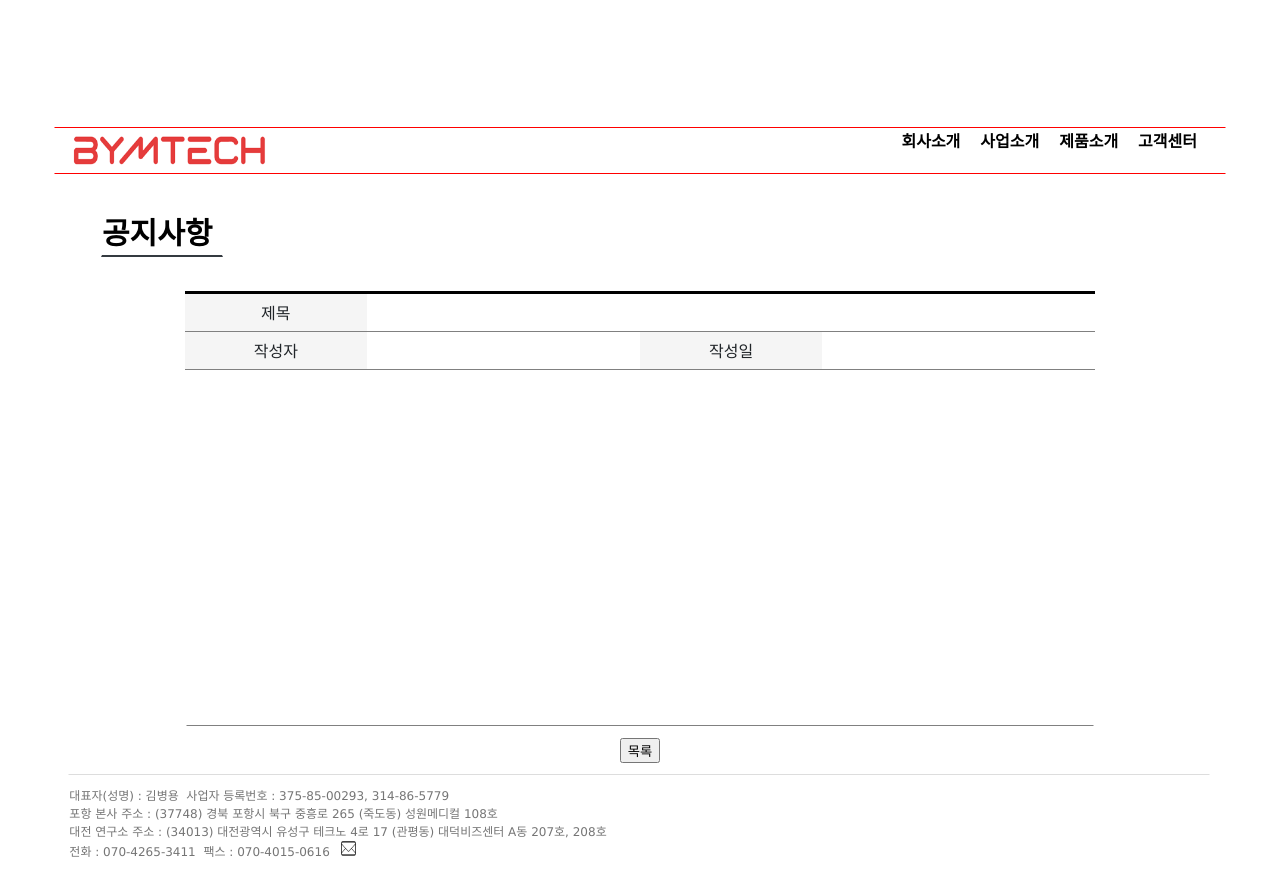
Repository: im4023/Homepage
Page: http://localhost/board/WEB-INF/views/announce/view.jsp
These files come from the project's save history. The page is drawn as it stood at one moment and after the next save; the edit follows.
The browser window is 1280 px wide. The pictures show the whole page.
The page is served by Tomcat 9. Nobody is signed in. Other server files are loaded and not shown. The template is opened directly, without the code that normally fills it, so the values that code supplies are empty.

Above is the page before, as saved 2020-05-28 02:19:04.

### BYMTECH/Homepage_ver1.02/workspace/board/src/main/webapp/resources/css/style.css
:root {
  --blue: #007bff;
  --indigo: #6610f2;
  --purple: #6f42c1;
  --pink: #e83e8c;
  --red: #dc3545;
  --orange: #fd7e14;
  --yellow: #ffc107;
  --green: #28a745;
  --teal: #1abc9c;
  --cyan: #17a2b8;
  --white: #fff;
  --gray: #6c757d;
  --gray-dark: #343a40;
  --primary: #1abc9c;
  --secondary: #2c3e50;
  --success: #28a745;
  --info: #17a2b8;
  --warning: #ffc107;
  --danger: #dc3545;
  --light: #f8f9fa;
  --dark: #343a40;
  --breakpoint-xs: 0;
  --breakpoint-sm: 576px;
  --breakpoint-md: 768px;
  --breakpoint-lg: 992px;
  --breakpoint-xl: 1200px;
}


div {
	border : 1px solid white;
}




html {
  font-family: sans-serif;
  -webkit-text-size-adjust: 100%;
  -webkit-tap-highlight-color: rgba(0, 0, 0, 0);
}


article, aside, figcaption, figure, footer, header, hgroup, main, nav, section {
  display: block;
}

body {
  margin: 0;
  font-family: "Lato", -apple-system, BlinkMacSystemFont, "Segoe UI", Roboto, "Helvetica Neue", Arial, "Noto Sans", sans-serif, "Apple Color Emoji", "Segoe UI Emoji", "Segoe UI Symbol", "Noto Color Emoji";
  font-size: 1rem;
  font-weight: 400;
  line-height: 1.5;
  color: #212529;
  text-align: left;
  background-color: #fff;
  min-height:100vh;
  overflow-y:scroll; /* 스크롤 떨림 방지*/
}

a {
    text-decoration: none;
}

table{
	width:80%;
	height:auto%;
	margin:auto;
	text-align:center;
	border-collapse: collapse;
}

.txtBase {
    font-family: Verdana,'돋움',Dotum,Arial,Helvetica,sans-serif;
    font-size: 12px;
    color: #757575;
    font-weight: normal;
    font-style: normal;
    text-decoration: none;
}

textarea{
	resize: none;
}

.flex-column {
  flex-direction: column !important;
} /* 나열 방향 */

.align-items-center {
    align-items: center!important;
} /* 센터 정렬 */



.ml-auto,
.mx-auto {
  margin-left: auto !important;
}

.mr-0,
.mx-0 {
  margin-right: 0 !important;
}

.mr-lg-1,
  .mx-lg-1 {
    margin-right: 0.25rem !important;
}

.d-flex {
  display: flex !important;
}

.fixed-top {
  position: fixed;
  top: 0;
  right: 0;
  left: 0;
  z-index: 1030;
}

.text-center {
  text-align: center !important;
}

.border-top-red {
	border-top: 1px solid red;
}

.border-bottom-red {
	border-bottom: 1px solid red;
}

@media (prefers-reduced-motion: reduce) {
  .fade {
    transition: none;
  }
}

.fade:not(.show) {
  opacity: 0;
}

.collapse:not(.show) {
  display: none;
}

.container {
  width: 99.9%;
  padding-right: 15px;
  padding-left: 15px;
  margin-right: auto;
  margin-left: auto;


}

@media (min-width: 576px) {
  .container {
    max-width: 500px;
  }
}

@media (min-width: 768px) {
  .container {
    max-width: 720px;
  }
}

@media (min-width: 992px) {
  .container {
    max-width: 960px;
  }
}

@media (min-width: 1200px) {
  .container {
    max-width: 1140px;
  }
}

.navbar {
  position: relative;
  display: flex;
  flex-wrap: wrap;
  align-items:flex-end;
  justify-content: space-between;
  padding: 0.5rem 1rem;
  height: 150px;
}

.navbar > .container,
.navbar > .container-fluid {
  display: flex;
  flex-wrap: wrap;
  align-items: flex-start;
  justify-content: space-between;
  height : 45px
}

.navbar-brand {
  display: inline-block;
  padding-top: 0.3125rem;
  padding-bottom: 1px;
  margin-right: 1rem;
  line-height: inherit;
  white-space: nowrap;
}

.navbar-brand:hover, .navbar-brand:focus {
  text-decoration: none;
}

.navbar-nav {
	display: flex;
	flex-direction: column;
	padding-left: 0;
  	margin-bottom: 0;
	list-style: none;
}

.navbar-nav li ul{
	display:none;

}

.navbar-nav li:hover ul {
	display:block;
}
.navbar-nav li:hover ul li{
	display: inline-block;
	font-size: 12px;
	font-weight: bold;
	margin-left: 1px;
	margin-right: 5px;


}

.submenu{

	position: absolute;
	height: 20px;
	overflow: hidden;
	transition: height .2s;

}



.navbar-collapse {
  flex-basis: 100%;
  flex-grow: 1;
  align-items: center;
  hight : 100%
}

.navbar-toggler {

    width:43px;
    height: 43px;
    margin-top:1px;
    text-align: center;
    justify-content: flex-start;
    background-color: white;
  	border: 0.125rem solid white;
  	outline:0;
  	cursor: pointer;

}



#menubutton>span{
	display: block;
	width: 40px;
	height: 7px;
	background: black;
	margin-top:-8px;
	margin-bottom:13px;
	margin-left:-13px;
	border-radius: 10px;
	transition: all 0.5s;
	}




@media (max-width: 575.98px) {
  .navbar-expand-sm > .container,
  .navbar-expand-sm > .container-fluid {
    padding-right: 0;
    padding-left: 0;
  }
}

@media (min-width: 576px) {
  .navbar-expand-sm {
    flex-flow: row nowrap;
    justify-content: flex-start;
  }
  .navbar-expand-sm .navbar-nav {
    flex-direction: row;
  }
  .navbar-expand-sm .navbar-nav .dropdown-menu {
    position: absolute;
  }
  .navbar-expand-sm .navbar-nav .nav-link {
    padding-right: 0.5rem;
    padding-left: 0.5rem;
  }
  .navbar-expand-sm > .container,
  .navbar-expand-sm > .container-fluid {
    flex-wrap: nowrap;
  }
  .navbar-expand-sm .navbar-collapse {
    display: flex !important;
    flex-basis: auto;
  }
  .navbar-expand-sm .navbar-toggler {
    display: none;
  }
}

@media (max-width: 767.98px) {
  .navbar-expand-md > .container,
  .navbar-expand-md > .container-fluid {
    padding-right: 0;
    padding-left: 0;
  }
}

@media (min-width: 768px) {
  .navbar-expand-md {
    flex-flow: row nowrap;
    justify-content: flex-start;
  }
  .navbar-expand-md .navbar-nav {
    flex-direction: row;
  }
  .navbar-expand-md .navbar-nav .dropdown-menu {
    position: absolute;
  }
  .navbar-expand-md .navbar-nav .nav-link {
    padding-right: 0.5rem;
    padding-left: 0.5rem;
  }
  .navbar-expand-md > .container,
  .navbar-expand-md > .container-fluid {
    flex-wrap: nowrap;
  }
  .navbar-expand-md .navbar-collapse {
    display: flex !important;
    flex-basis: auto;
  }
  .navbar-expand-md .navbar-toggler {
    display: none;
  }
}


@media (max-width: 991.98px) {
  .navbar-expand-lg > .container,
  .navbar-expand-lg > .container-fluid {
    padding-right: 0;
    padding-left: 0;
  }
}

@media (min-width: 992px) {
  .navbar-expand-lg {
    flex-flow: row nowrap;
    justify-content: flex-start;
  }
  .navbar-expand-lg .navbar-nav {
    flex-direction: row;
  }
  .navbar-expand-lg .navbar-nav .dropdown-menu {
    position: absolute;
  }
  .navbar-expand-lg .navbar-nav .nav-link {
    padding-right: 0.5rem;
    padding-left: 0.5rem;

  }
  .navbar-expand-lg > .container,
  .navbar-expand-lg > .container-fluid {
    flex-wrap: nowrap;
  }
  .navbar-expand-lg .navbar-collapse {
    display: flex !important;
    flex-basis: auto;

  }
  .navbar-expand-lg .navbar-toggler {
    display: none;
  }

}

@media (max-width: 1199.98px) {
  .navbar-expand-xl > .container,
  .navbar-expand-xl > .container-fluid {
    padding-right: 0;
    padding-left: 0;
  }
}

@media (min-width: 1200px) {
  .navbar-expand-xl {
    flex-flow: row nowrap;
    justify-content: flex-start;
  }
  .navbar-expand-xl .navbar-nav {
    flex-direction: row;
  }
  .navbar-expand-xl .navbar-nav .dropdown-menu {
    position: absolute;
  }
  .navbar-expand-xl .navbar-nav .nav-link {
    padding-right: 0.5rem;
    padding-left: 0.5rem;
  }
  .navbar-expand-xl > .container,
  .navbar-expand-xl > .container-fluid {
    flex-wrap: nowrap;
  }
  .navbar-expand-xl .navbar-collapse {
    display: flex !important;
    flex-basis: auto;
  }
  .navbar-expand-xl .navbar-toggler {
    display: none;
  }
}

.navbar-expand {
  flex-flow: row nowrap;
  justify-content: flex-start;
}

.navbar-expand > .container,
.navbar-expand > .container-fluid {
  padding-right: 0;
  padding-left: 0;
}

.navbar-expand .navbar-nav {
  flex-direction: row;
}


.navbar-expand .navbar-nav .nav-link {
  padding-right: 0.5rem;
  padding-left: 0.5rem;
}

.navbar-expand > .container,
.navbar-expand > .container-fluid {
  flex-wrap: nowrap;
}

.navbar-expand .navbar-collapse {
  display: flex !important;
  flex-basis: auto;
}



#sidebar {
  position: fixed;
  transition: .4s;
  right: -172px;
  width:160px;
  hight: 99%;

  border : 1px solid black;
  background-color : white;

  transition: All 0.2s ease;
  -webkit-transition: All 0.2s ease;
  -moz-transition: All 0.2s ease;
  -o-transition: All 0.2s ease;

}


#sidebar.open{
	right: 0;
}

#sidebar li{
	list-style: none;


}

.sidebar_s{
	margin-left: -35px;
	color:  #E53C3C;
}

.sidebar_m{
	margin:auto;
	font-size:20px;
	color: black;

}

.close_button{
	float:right;
	padding:0;
	width:20px;
	height:20px;
	cursor:pointer;
	background-color: white;
  	border: 0.1rem solid white;
  	outline:0;

}

.close_img{

max-width: 100%; height: 16px;

}



#mainNav {
  padding-top: 1.5rem;
  padding-bottom: 1px;
  font-family: "Montserrat", -apple-system, BlinkMacSystemFont, "Segoe UI", Roboto, "Helvetica Neue", Arial, "Noto Sans", sans-serif, "Apple Color Emoji", "Segoe UI Emoji", "Segoe UI Symbol", "Noto Color Emoji";
  font-weight: 700;

}

#mainNav .navbar-nav {
  margin-top: 1rem;
}

#mainNav .navbar-nav li.nav-item a.nav-link {
  color: black;
}

#mainNav .navbar-nav li.nav-item a.nav-link:hover {
  color: #E53C3C;
}

#mainNav .navbar-nav li.nav-item a.nav-link:active, #mainNav .navbar-nav li.nav-item a.nav-link:focus {
  color: #E53C3C;
}

#mainNav .navbar-nav li.nav-item a.nav-link.active {
  color: #E53C3C;
}

#mainNav .navbar-toggler {
  font-size: 80%;
  padding: 0.8rem;
}

@media (min-width: 992px) {
  #mainNav {
    padding-top: 1.5rem;
    padding-bottom: 1px;
    transition: padding-top 0.3s, padding-bottom 0.3s;
  }
  #mainNav .navbar-brand {
    font-size: 1.75em;
    transition: font-size 0.3s;
  }
  #mainNav .navbar-nav {
    margin-top: 0;
  }
  #mainNav .navbar-nav > li.nav-item > a.nav-link.active {
    color: black;

  }
  #mainNav .navbar-nav > li.nav-item > a.nav-link.active:active, #mainNav .navbar-nav > li.nav-item > a.nav-link.active:focus, #mainNav .navbar-nav > li.nav-item > a.nav-link.active:hover {
    color: black;

  }
  #mainNav.navbar-shrink {
    padding-top: 0.5rem;
    padding-bottom: 0.5rem;
  }
  #mainNav.navbar-shrink .navbar-brand {
    font-size: 1.5em;
  }
}

.logo_img{
	width : 200px;
	height : 45px;
}

.footer {

  padding-top: 0.5rem;
  padding-bottom: 0px;
  width: 99.9%;

}

.address{
	border-top: 1px solid #dddddd;
  	display: block;
	height:auto;
	width: auto;

	margin: 0px auto;
}

.footer > .address > .span{
	white-space : nowrap;
	overflow : hidden;
}



@media (min-width: 576px) {
  .address {
    max-width: 500px;

  }
}

@media (min-width: 768px) {
  .address {
    max-width: 760px;
  }
}

@media (min-width: 992px) {
  .address {
    max-width: 960px;
  }
}

@media (min-width: 1200px) {
  .address {
    max-width: 1140px;
  }
}

.no-gutter > [class*='col-'] {
  padding-right: 0;
  padding-left: 0;
}

.mb-auto, .my-auto {
    margin-bottom: auto!important;
}

.ml-auto, .mx-auto {
    margin-left: auto!important;
}


/* @@@@@@@@@@@@@ */
/* index.style */
/* ############# */

#indexmain{
	margin-bottom: 3px;
	padding:0px;
}


@media (min-width: 576px) {
  .index_main {
    max-width: 500px;

  }
}

@media (min-width: 768px) {
  .index_main {
    max-width: 760px;
  }
}

@media (min-width: 992px) {
  .index_main {
    max-width: 960px;
  }
}

@media (min-width: 1200px) {
  .index_main {
    max-width: 1140px;
  }
}


.index_main_img {
  display: block;
	height:auto;
	width: 100%;
	margin:auto;
	margin-top:0.5rem;
	margin-bottom:0.55rem;

	/*overflow: hidden;*/
}



.mail {
	height:15px;

}




/* @@@@@@@@@@@@@ */
/* company.style */
/* ############# */


.company_top{
	margin-top : 1rem;
}
.company_bottom {
    display: -ms-flexbox;
    display: flex;
    -ms-flex-wrap: wrap;
    flex-wrap: wrap;
    margin-right: 4px;
    margin-left: 4px;
    margin-top : 1.5rem;

}

.device-container {
    margin-top : 2rem;
    margin-right: auto;
    margin-left: 5px;
}

.img_company {
    width: 100%;
    height: auto;
}

.img_intro {
	width: auto;
	height:auto;
    max-height: 480px;
    margin-left: 5rem;

}

.company_intro{
	width:93px;
	margin-left: 30px;
	margin-top : 1rem;
	color: black;
	font-size: 30px;
	text-align: left;
	border-bottom: 2px solid #343a40;

}


/* @@@@@@@@@@@@@ */
/* history.style */
/* ############# */
.history_top{
	margin-top : 1rem;
}

.history_intro{
	width:120px;
	margin-left: 30px;
	margin-top : 1rem;
	color: black;
	font-size: 30px;
	text-align: left;
	border-bottom: 2px solid #343a40;
}

.history_bottom{
	margin-top : 2rem;
	text-align: center;
}

.history_bottom_img{

	max-height:800px;
	width: 80%;
	display: block;
	margin: 0px auto;
}


/* @@@@@@@@@@@@@ */
/* business.style */
/* ############# */

.business_top{
	margin-top : 1rem;
}

.business_bottom {
    display: -ms-flexbox;
   	display: flex;
   	-ms-flex-wrap: wrap;
    flex-wrap: wrap;
    margin-right: 4px;
    margin-left: 4px;
    margin-top : 2rem;
}

.business_inner{
	flex:1;
	margin-left:20px;
	margin-right:20px;
}

.business_img_box{
	text-align: center;
}


.img_business {
	display: inline-block;
	vertical-align: middle;
	min-width:250px;
    width: 100%;
    margin-top: 0px;
    margin-bottom:51px;
}


.business_text_box{
	text-align: left;
	hight:100px;
	margin-bottom:51px;
	background-color:#c0c0c0;
}

.business_text_box a{
	display:block;
	font-weight: bold;
	margin-left: 40px;
}

.business_number{
	font-size :40px;
	color: white;
}

.business_name{

	font-size: 30px;
}


.business_intro{
	width:120px;
	margin-left: 30px;
	margin-top : 1rem;
	color: black;
	font-size: 30px;
	text-align: left;
	border-bottom: 2px solid #343a40;

}


/* @@@@@@@@@@@@@ */
/* location.style */
/* ############# */

.location_top{
	margin-top : 1rem;
}

.location_intro{
	width:191px;
	margin-left: 30px;
	margin-top : 1rem;
	color: black;
	font-size: 30px;
	text-align: left;
	border-bottom: 2px solid #343a40;

}

.location_title{
	margin-right: 4px;
    margin-left: 4px;
    margin-top:2rem;
    padding-left:20px;
    font-size:20px;
}

.location_contents {
	display: -ms-flexbox;
   	display: flex;
   	-ms-flex-wrap: wrap;
    flex-wrap: wrap;

    margin-right: 4px;
    margin-left: 4px;


}

.location_inner{
	flex:1;
	margin-left:20px;
	margin-right:20px;
	text-align: center;

}

.inner_title{
	font-weight: bold;
	font-size:20px;
	background-color:#c0c0c0;
}

.bus_img{
	height:16px;
}

/* @@@@@@@@@@@@@ */
/* goods.style */
/* ############# */

.goods_top{
	margin-top : 1rem;
}
.goods_bottom {
    display: -ms-flexbox;
    display: flex;
    -ms-flex-wrap: wrap;
    flex-wrap: wrap;
    margin-right: 4px;
    margin-left: 4px;
    margin-top : 1.5rem;

}

.goods_intro{
	width:120px;
	margin-left: 30px;
	margin-top : 1rem;
	color: black;
	font-size: 30px;
	text-align: left;
	border-bottom: 2px solid #343a40;

}

.goods_bottom {
    margin-right: auto;
    margin-left: auto;
    margin-top : 2rem;
}

.goods_menu{
	background-color: #333;
	color:#fff;
	border:1px solid white;
}

.goods_title1{
	width:20%;
}

.goods_title2{
	width:20%;
	text-align: center;
	height: 110px;
}
.goods_table{

	width:79.8%
}

.goods_table td{

	border:1px solid black;
}


.goods_img{
	min-height: 80px;
	max-height:100px;
	max-width:100px;
}

/* @@@@@@@@@@@@@ */
/* announcement.style */
/* ############# */



.announcement_top{
	margin-top : 1rem;

}

.announcement_intro{
	width:120px;
	margin-left: 30px;
	margin-top : 1rem;
	color: black;
	font-size: 30px;
	text-align: left;
	border-bottom: 2px solid #343a40;

}

.announcement_bottom {
    margin-right: auto;
    margin-left: auto;
    margin-top : 2rem;
}

.announcement_search{
	margin-top : 12px;
	margin-bottom:0px;
}

.announcement_paging{
	margin-top : 10px;
	margin-bottom:10px;
}

.announcement_menu{
	background-color: #333;
	color:#fff;
}

.announcement_list{

	border :0px;
}

.announcement_article{
	border-bottom: 1px solid gray;
	padding:6.5px;
}

.announcement_title{
	width : 65%;

}

.announcement_view{
	border-top:3px solid black;
}

.announcement_title2{
	border-bottom: 1px solid gray;
	background-color: #F5F5F5;
	width : 20%;
	padding:6.5px;
}
.announcement_title3{
	width : 80%;
	border-bottom: 1px solid gray;
	padding:6.5px;
}
.announcement_title4{
	width : 30%;
	border-bottom: 1px solid gray;
	padding:6.5px;
}

.announcement_content{
	min-height:333px;
	text-align: left;
	padding:10px;
	border-bottom: 1px solid gray;
}


.admin_menu{
	text-align: right;
}


.announcement_intro2{
	width:220px;
	margin-left: 30px;
	margin-top : 1rem;
	color: black;
	font-size: 30px;
	text-align: left;
	border-bottom: 2px solid #343a40;
}

.announcement_intro3{
	width:190px;
	margin-left: 30px;
	margin-top : 1rem;
	color: black;
	font-size: 30px;
	text-align: left;
	border-bottom: 2px solid #343a40;
}

.announce_content{
	min-height:284px;
	text-align: left;
}

/* @@@@@@@@@@@@@ */
/* board.style */
/* ############# */

.board_top{
	margin-top : 1rem;

}

.board_intro{
	width:120px;
	margin-left: 30px;
	margin-top : 1rem;
	color: black;
	font-size: 30px;
	text-align: left;
	border-bottom: 2px solid #343a40;

}
.board_middle {
    margin-right: auto;
    margin-left: auto;
    margin-top : 2rem;
    background-color:#c0c0c0;
    width: 80%;
}

.board_bottom {
    margin-right: auto;
    margin-left: auto;
    margin-top : 0px;
}

.board_content{
	min-height:284px;
	text-align: left;

}

.inputbox{
	width:99%;
	}

.board_tb_top{
	border-top:3px solid black;
	margin:auto;
	margin-bottom:0px;
	padding-bottom:0px;
	width:80%;

}
.board_tr{

	display: flex;
    flex-wrap: wrap;
    width:80%;
    margin-right: auto;
    margin-left: auto;
}


.board_td{
	flex:1;
	background-color: #F5F5F5;
	overflow: hidden;
	min-width: 60px;
}

.board_td2{
	flex:1.5;
}

.board_td3{
	flex:6.5;
}

.board_td4{
	flex:4;
}

/* @@@@@@@@@@@@@ */
/* button.style */
/* ############# */

.btn{
	margin-top : 10px;
}

Loaded but not shown: BYMTECH/Homepage_ver1.02/workspace/board/src/main/webapp/WEB-INF/views/include/nav.jsp (48 lines, source omitted); BYMTECH/Homepage_ver1.02/workspace/board/src/main/webapp/WEB-INF/views/include/sidenav.jsp (41 lines, source omitted); BYMTECH/Homepage_ver1.02/workspace/board/src/main/webapp/WEB-INF/views/include/footer.jsp (18 lines, source omitted); BYMTECH/Homepage_ver1.02/workspace/board/src/main/webapp/WEB-INF/views/announce/view.jsp (108 lines, source omitted)

After the next save:
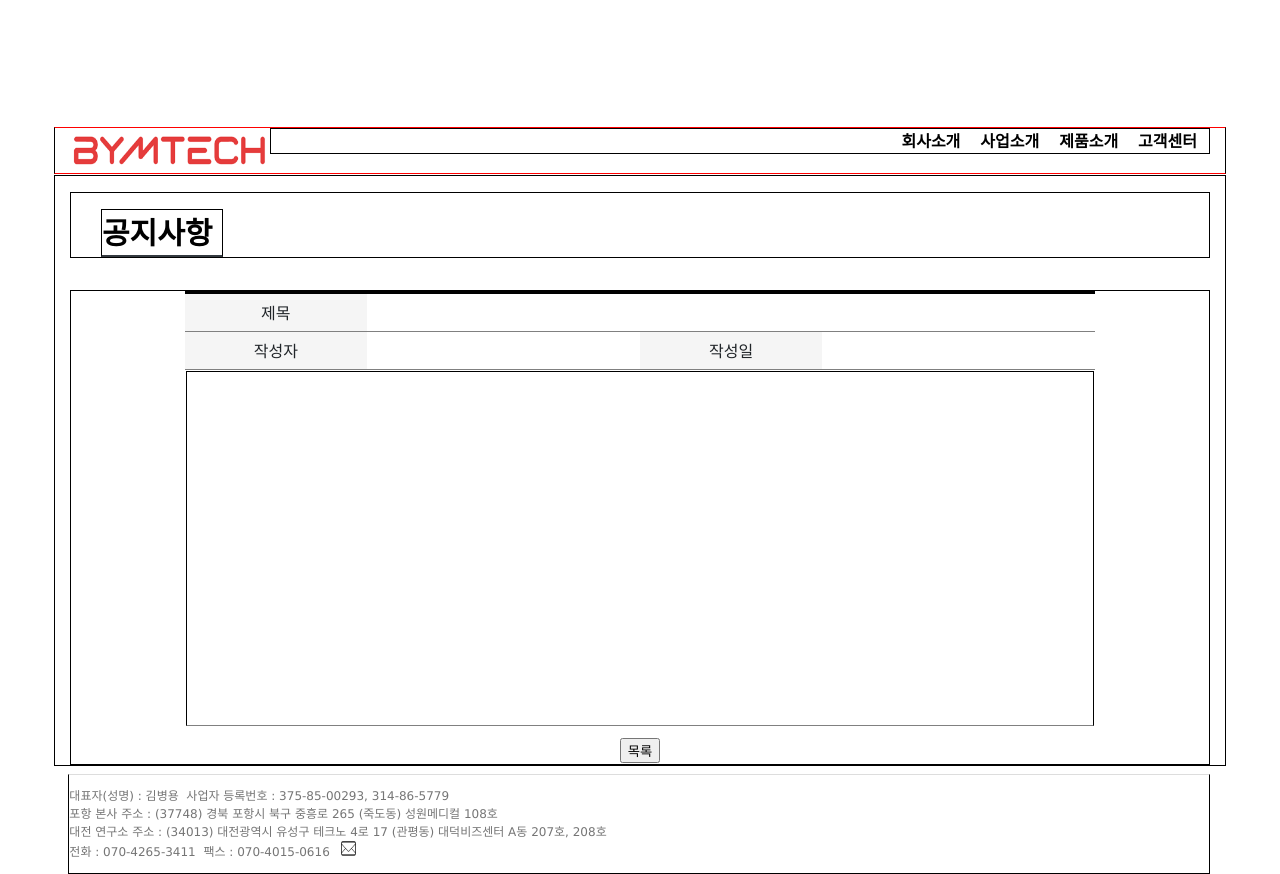
Saved 22 min 40 s later.
--- a/BYMTECH/Homepage_ver1.02/workspace/board/src/main/webapp/resources/css/style.css
+++ b/BYMTECH/Homepage_ver1.02/workspace/board/src/main/webapp/resources/css/style.css
@@ -29,7 +29,7 @@
 
 
 div {
-	border : 1px solid white;
+	border : 1px solid black;
 }
 
 
@@ -159,7 +159,7 @@
 
 @media (min-width: 576px) {
   .container {
-    max-width: 500px;
+    max-width: 520px;
   }
 }
 
@@ -736,23 +736,28 @@
 
 }
 
-.device-container {
-    margin-top : 2rem;
-    margin-right: auto;
-    margin-left: 5px;
-}
+.company_inner{
+	flex:1;
+	margin:auto;
+}
+
 
 .img_company {
     width: 100%;
     height: auto;
+    min-width:250px;
 }
 
 .img_intro {
+	 width: 100%;
+    height: auto;
+    min-width:250px;
+    /*
 	width: auto;
 	height:auto;
     max-height: 480px;
     margin-left: 5rem;
-
+    */
 }
 
 .company_intro{

After the save that followed:
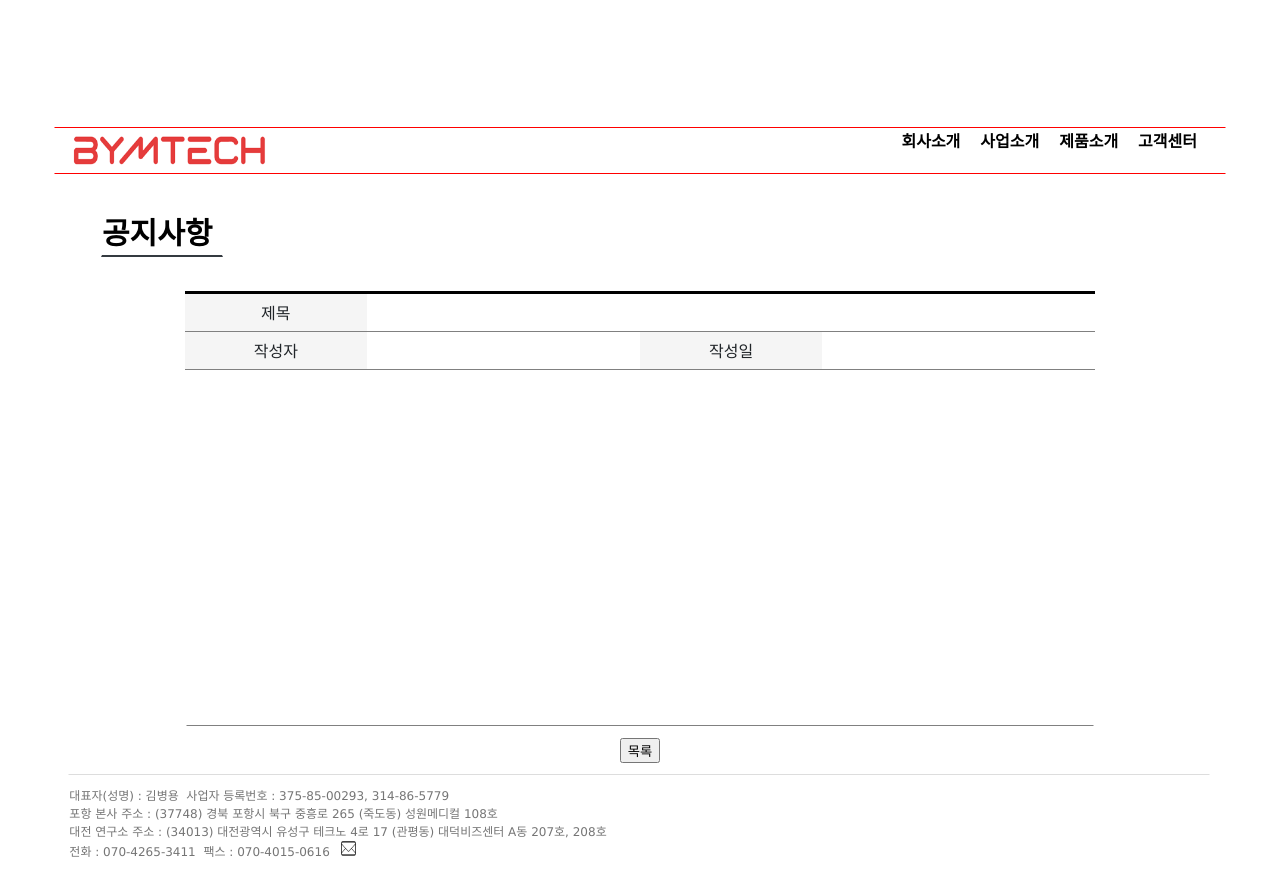
Saved 102 s later.
--- a/BYMTECH/Homepage_ver1.02/workspace/board/src/main/webapp/resources/css/style.css
+++ b/BYMTECH/Homepage_ver1.02/workspace/board/src/main/webapp/resources/css/style.css
@@ -29,7 +29,7 @@
 
 
 div {
-	border : 1px solid black;
+	border : 1px solid white;
 }
 
 
